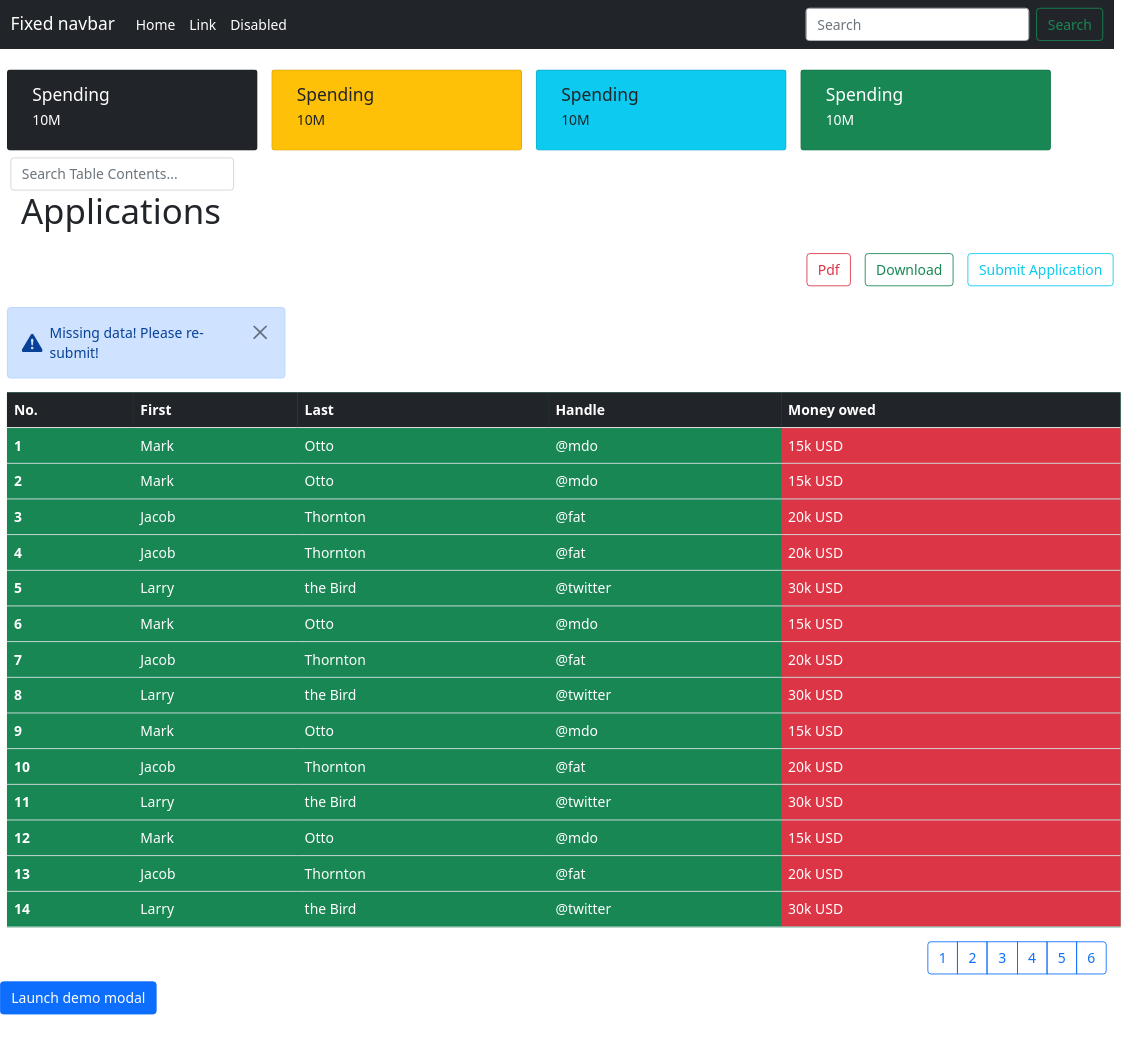
Repository: Dayvid0/BOOTSTRAP-TUTORIALS
Page: BOOTSTRAP-GRID-LAYOUTS/zylo.html
An editor plug-in stored every save of this project. The page is shown before and after the next save, followed by the edit.
The browser window is 1280 px wide. The page is 1316 px wide, so the pictures cover 1316 px, including what lies to the right of the window. The pictures show the whole page, at 87% of full size.

Above is the page before, as saved 2025-02-01 09:50:07.

### BOOTSTRAP-GRID-LAYOUTS/zylo.html
<!doctype html>
<html lang="en">
  <head>
    <!-- Required meta tags -->
    <meta charset="utf-8">
    <meta name="viewport" content="width=device-width, initial-scale=1">
    <!-- Bootstrap CSS -->
    <link href="https://cdn.jsdelivr.net/npm/bootstrap@5.0.2/dist/css/bootstrap.min.css" rel="stylesheet" integrity="sha384-EVSTQN3/azprG1Anm3QDgpJLIm9Nao0Yz1ztcQTwFspd3yD65VohhpuuCOmLASjC" crossorigin="anonymous">
    <title>ZYLO</title>
    <style>
      body {
      min-height: 75rem;
      padding-top: 4.5rem;
}
    </style>
  </head>
  <body>
    <div class="container-fluid">
      <div class="row ">
        <div class="card m-2 col-md-3 bg-dark text-white" style="width: 18rem;">
          <div class="card-body">
            <h5 class="card-title">Spending</h5>
            <h6>10M</h6>
          </div>
        </div>
        <div class="card m-2 col-md-3 bg-warning" style="width: 18rem;">
          <div class="card-body">
            <h5 class="card-title">Spending</h5>
            <h6>10M</h6>
          </div>
        </div>
        <div class="card m-2 col-md-3 bg-info" style="width: 18rem;">
          <div class="card-body">
            <h5 class="card-title">Spending</h5>
            <h6>10M</h6>
          </div>
        </div>
        <div class="card m-2 col-md-3 bg-success text-white" style="width: 18rem;">
          <div class="card-body">
            <h5 class="card-title">Spending</h5>
            <h6>10M</h6>
          </div>
        </div>
      </div>
    </div>
    <nav class="navbar navbar-expand-md navbar-dark fixed-top bg-dark">
      <div class="container-fluid">
        <a class="navbar-brand" href="#">Fixed navbar</a>
        <button class="navbar-toggler" type="button" data-bs-toggle="collapse" data-bs-target="#navbarCollapse" aria-controls="navbarCollapse" aria-expanded="false" aria-label="Toggle navigation">
          <span class="navbar-toggler-icon"></span>
        </button>
        <div class="collapse navbar-collapse" id="navbarCollapse">
          <ul class="navbar-nav me-auto mb-2 mb-md-0">
            <li class="nav-item">
              <a class="nav-link active" aria-current="page" href="#">Home</a>
            </li>
            <li class="nav-item">
              <a class="nav-link active" href="#">Link</a>
            </li>
            <li class="nav-item">
              <a class="nav-link active" href="#" tabindex="-1" aria-disabled="true">Disabled</a>
            </li>
          </ul>
          <form class="d-flex">
            <input class="form-control me-2" type="search" placeholder="Search" aria-label="Search">
            <button class="btn btn-outline-success" type="submit">Search</button>
          </form>
        </div>
      </div>
    </nav>
      <div class="row  ">
        <input class="form-control  mx-4 w-auto " type="search" placeholder="Search Table Contents..." aria-label="Search">
        <h1 class="mx-4">Applications</h1>
      </div>
      <!--buttons-->
      <div class="row d-flex m-2">
        <div class="modal fade" id="exampleModal" tabindex="-1" aria-labelledby="exampleModalLabel" aria-hidden="true">
          <button type="button" class="btn btn-outline-info">Add New Application</button>
        </div>
      </div>
      <div class="col pb-4 d-flex gap-3 justify-content-end align-items ">
        <button type="button" class="btn btn-outline-danger">Pdf</button>
        <button type="button" class="btn btn-outline-success">Download</button>
        <button type="button" class="btn btn-outline-info">Submit Application</button>
      </div>
      <!--Alerts-->
      <div class="alert alert-primary d-flex align-items-left  w-25 mx-2" role="alert">
        <div class="d-flex align-items-center w-">
            <svg xmlns="http://www.w3.org/2000/svg" width="24" height="24" fill="currentColor" class="bi bi-exclamation-triangle-fill flex-shrink-0 me-2" viewBox="0 0 16 16" role="img" aria-label="Warning:">
                <path d="M8.982 1.566a1.13 1.13 0 0 0-1.96 0L.165 13.233c-.457.778.091 1.767.98 1.767h13.713c.889 0 1.438-.99.98-1.767L8.982 1.566zM8 5c.535 0 .954.462.9.995l-.35 3.507a.552.552 0 0 1-1.1 0L7.1 5.995A.905.905 0 0 1 8 5zm.002 6a1 1 0 1 1 0 2 1 1 0 0 1 0-2z"/>
            </svg>
            <div>
                Missing data! Please re-submit!
            </div>
        </div>
        <button type="button" class="btn-close ms-auto" data-bs-dismiss="alert" aria-label="Close"></button>
    </div>
      <!--End of alerts-->
    <table class="table table-hover mx-2 bg-success text-white">
      <thead class="bg-dark text-white">
        <tr >
          <th scope="col">No.</th>
          <th scope="col">First</th>
          <th scope="col">Last</th>
          <th scope="col">Handle</th>
          <th scope="col">Money owed</th>
        </tr>
      </thead>
      <tbody>
        <tr>
          <th scope="row">1</th>
          <td>Mark</td>
          <td>Otto</td>
          <td>@mdo</td>
          <td class="bg-danger">15k USD</td>
        </tr>
        <tr>
          <th scope="row">2</th>
          <td>Mark</td>
          <td>Otto</td>
          <td>@mdo</td>
          <td class="bg-danger">15k USD</td>
        </tr>
        <tr>
          <th scope="row">3</th>
          <td>Jacob</td>
          <td>Thornton</td>
          <td>@fat</td>
          <td class="bg-danger">20k USD</td>
        </tr>
        <tr>
          <tr>
            <th scope="row">4</th>
            <td>Jacob</td>
            <td>Thornton</td>
            <td>@fat</td>
            <td class="bg-danger">20k USD</td>
          </tr>
          <tr>
          <th scope="row">5</th>
          <td >Larry </td>
          <td>the Bird</td>
          <td>@twitter</td>
          <td class="bg-danger">30k USD</td>
        </tr>
        <tr>
          <th scope="row">6</th>
          <td>Mark</td>
          <td>Otto</td>
          <td>@mdo</td>
          <td class="bg-danger">15k USD</td>
        </tr>
        <tr>
          <th scope="row">7</th>
          <td>Jacob</td>
          <td>Thornton</td>
          <td>@fat</td>
          <td class="bg-danger">20k USD</td>
        </tr>
        <tr>
          <th scope="row">8</th>
          <td>Larry </td>
          <td>the Bird</td>
          <td>@twitter</td>
          <td class="bg-danger">30k USD</td>
        </tr>
        <tr>
          <th scope="row">9</th>
          <td>Mark</td>
          <td>Otto</td>
          <td>@mdo</td>
          <td class="bg-danger">15k USD</td>
        </tr>
        <tr>
          <th scope="row">10</th>
          <td>Jacob</td>
          <td>Thornton</td>
          <td>@fat</td>
          <td class="bg-danger">20k USD</td>
        </tr>
        <tr>
          <th scope="row">11</th>
          <td>Larry </td>
          <td>the Bird</td>
          <td>@twitter</td>
          <td class="bg-danger">30k USD</td>
        </tr>
        <tr>
          <th scope="row">12</th>
          <td>Mark</td>
          <td>Otto</td>
          <td>@mdo</td>
          <td class="bg-danger">15k USD</td>
        </tr>
        <tr>
          <th scope="row">13</th>
          <td>Jacob</td>
          <td>Thornton</td>
          <td>@fat</td>
          <td class="bg-danger">20k USD</td>
        </tr>
        <tr>
          <th scope="row">14</th>
          <td>Larry </td>
          <td>the Bird</td>
          <td>@twitter</td>
          <td class="bg-danger">30k USD</td>
        </tr>
      </tbody>
    </table>
    <div class="d-flex justify-content-end m-2">
    <div class="btn-group" role="group" aria-label="Basic example">
      <button type="button" class="btn btn-outline-primary">1</button>
      <button type="button" class="btn btn-outline-primary ">2</button>
      <button type="button" class="btn btn-outline-primary">3</button>
      <button type="button" class="btn btn-outline-primary">4</button>
      <button type="button" class="btn btn-outline-primary ">5</button>
      <button type="button" class="btn btn-outline-primary">6</button>
    </div>
  </div>
  <!-- Button trigger modal -->
<button type="button" class="btn btn-primary" data-bs-toggle="modal" data-bs-target="#exampleModal">
  Launch demo modal
</button>
<!-- Modal -->
<div class="modal fade" id="exampleModal" tabindex="-1" aria-labelledby="exampleModalLabel" aria-hidden="true">
  <div class="modal-dialog">
    <div class="modal-content">
      <div class="modal-header">
        <h5 class="modal-title" id="exampleModalLabel">Modal title</h5>
        <button type="button" class="btn-close" data-bs-dismiss="modal" aria-label="Close"></button>
      </div>
      <div class="modal-body">
        ...
      </div>
      <div class="modal-footer">
        <button type="button" class="btn btn-secondary" data-bs-dismiss="modal">Close</button>
        <button type="button" class="btn btn-primary">Save changes</button>
      </div>
    </div>
  </div>
</div>
    <script src="https://cdn.jsdelivr.net/npm/bootstrap@5.0.2/dist/js/bootstrap.bundle.min.js" integrity="sha384-MrcW6ZMFYlzcLA8Nl+NtUVF0sA7MsXsP1UyJoMp4YLEuNSfAP+JcXn/tWtIaxVXM" crossorigin="anonymous"></script>
  </body>
</html>

After the next save:
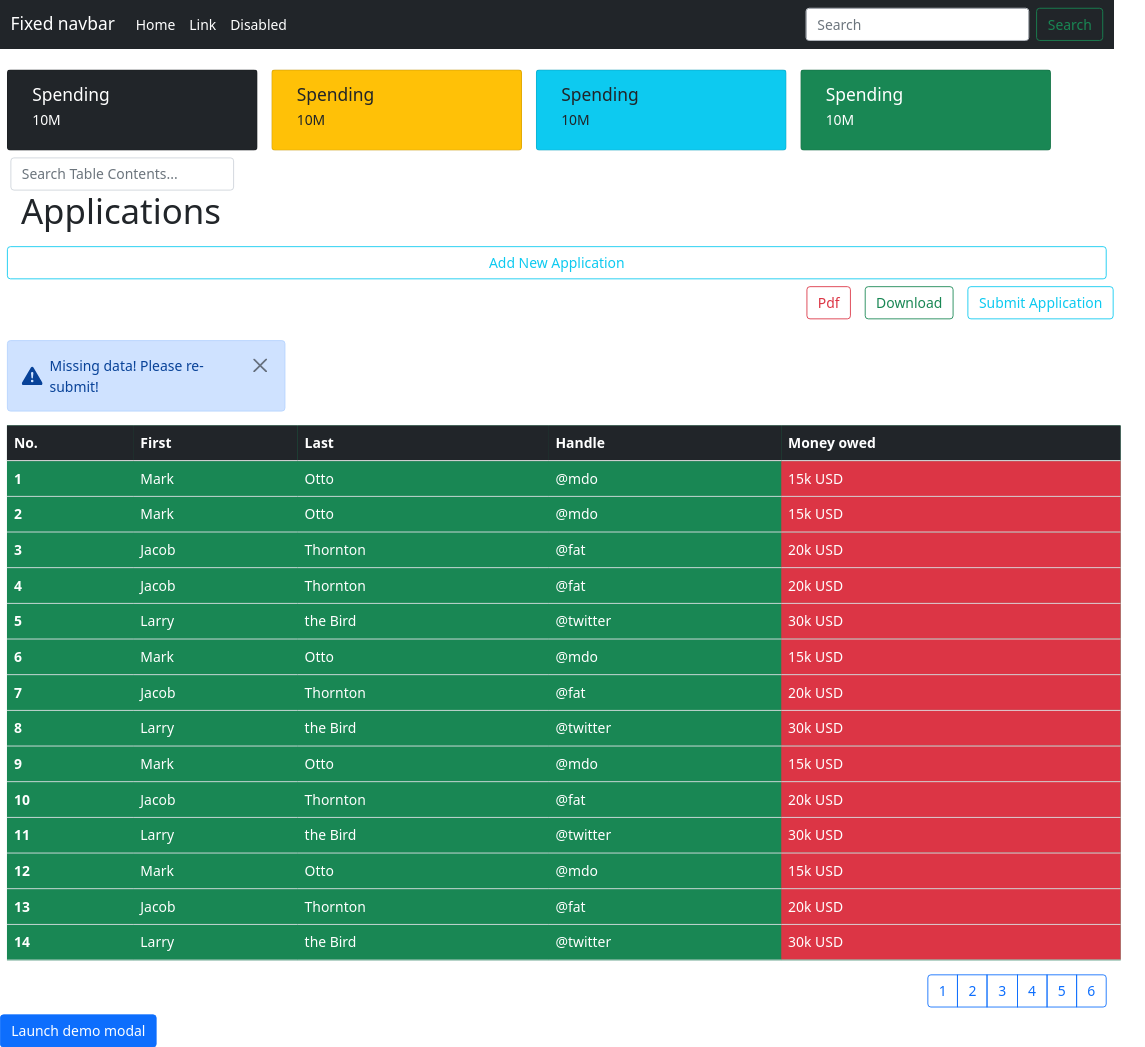
Saved 50 s later.
--- a/BOOTSTRAP-GRID-LAYOUTS/zylo.html
+++ b/BOOTSTRAP-GRID-LAYOUTS/zylo.html
@@ -74,8 +74,7 @@
       </div>
       <!--buttons-->
       <div class="row d-flex m-2">
-        <div class="modal fade" id="exampleModal" tabindex="-1" aria-labelledby="exampleModalLabel" aria-hidden="true">
-          <button type="button" class="btn btn-outline-info">Add New Application</button>
+            <button type="button" class="btn btn-outline-info">Add New Application</button>
         </div>
       </div>
       <div class="col pb-4 d-flex gap-3 justify-content-end align-items ">
